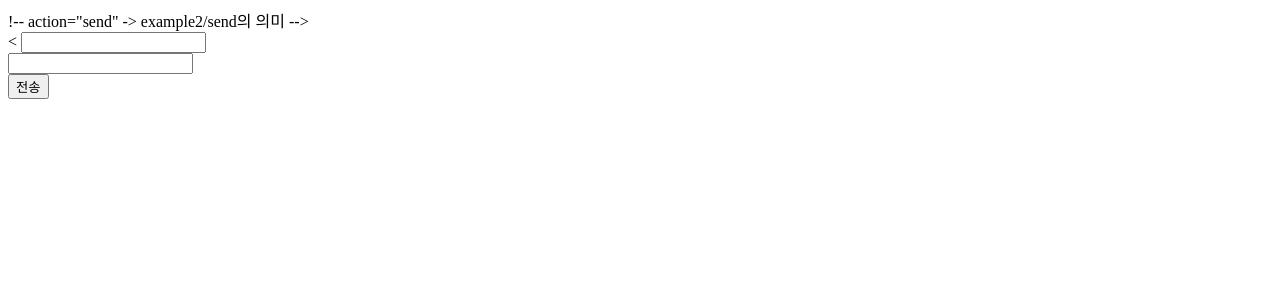
Repository: dnwpdud/SPRING_CODES
Page: http://localhost/Spring01/example2/send
An editor plug-in stored every save of this project. The page is shown before and after the next save, followed by the edit.
The browser window is 1280 px wide. The pictures show the whole page.
The page is served by Tomcat 9. Other server files are loaded and not shown.

Above is the page before, as saved 2024-04-19 06:05:47.

### Spring01/src/main/webapp/WEB-INF/views/example2/send.jsp
<%@ page language="java" contentType="text/html; charset=UTF-8"
    pageEncoding="UTF-8"%>
<!DOCTYPE html>
<html>
<head>
<meta charset="UTF-8">
<title>데이터 전송 실습</title>
</head>
<body>
!-- action="send" -> example2/send의 의미 -->
	<form action="send" method="POST"><
		<input type="text" name="name"><br>
		<input type="text" name="age"><br>
		<input type="submit" value="전송">
	</form>


</body>
</html>

After the next save:
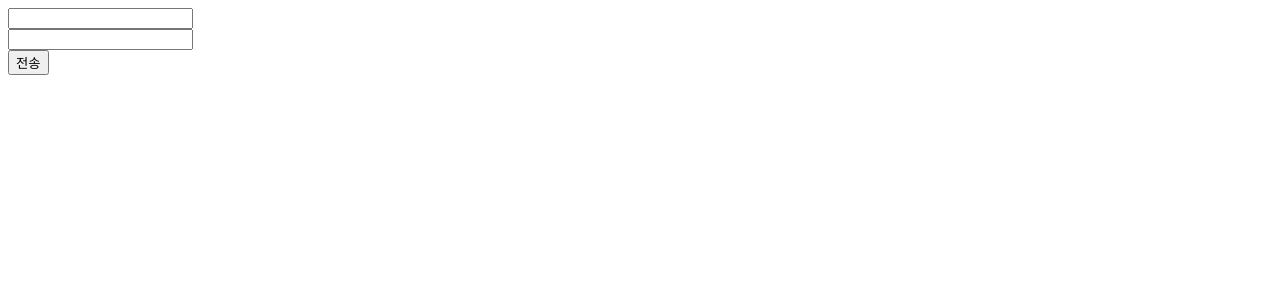
Saved 7 s later.
--- a/Spring01/src/main/webapp/WEB-INF/views/example2/send.jsp
+++ b/Spring01/src/main/webapp/WEB-INF/views/example2/send.jsp
@@ -7,8 +7,8 @@
 <title>데이터 전송 실습</title>
 </head>
 <body>
-!-- action="send" -> example2/send의 의미 -->
-	<form action="send" method="POST"><
+	<!-- action="send" -> example2/send의 의미 -->
+	<form action="send" method="POST">
 		<input type="text" name="name"><br>
 		<input type="text" name="age"><br>
 		<input type="submit" value="전송">
